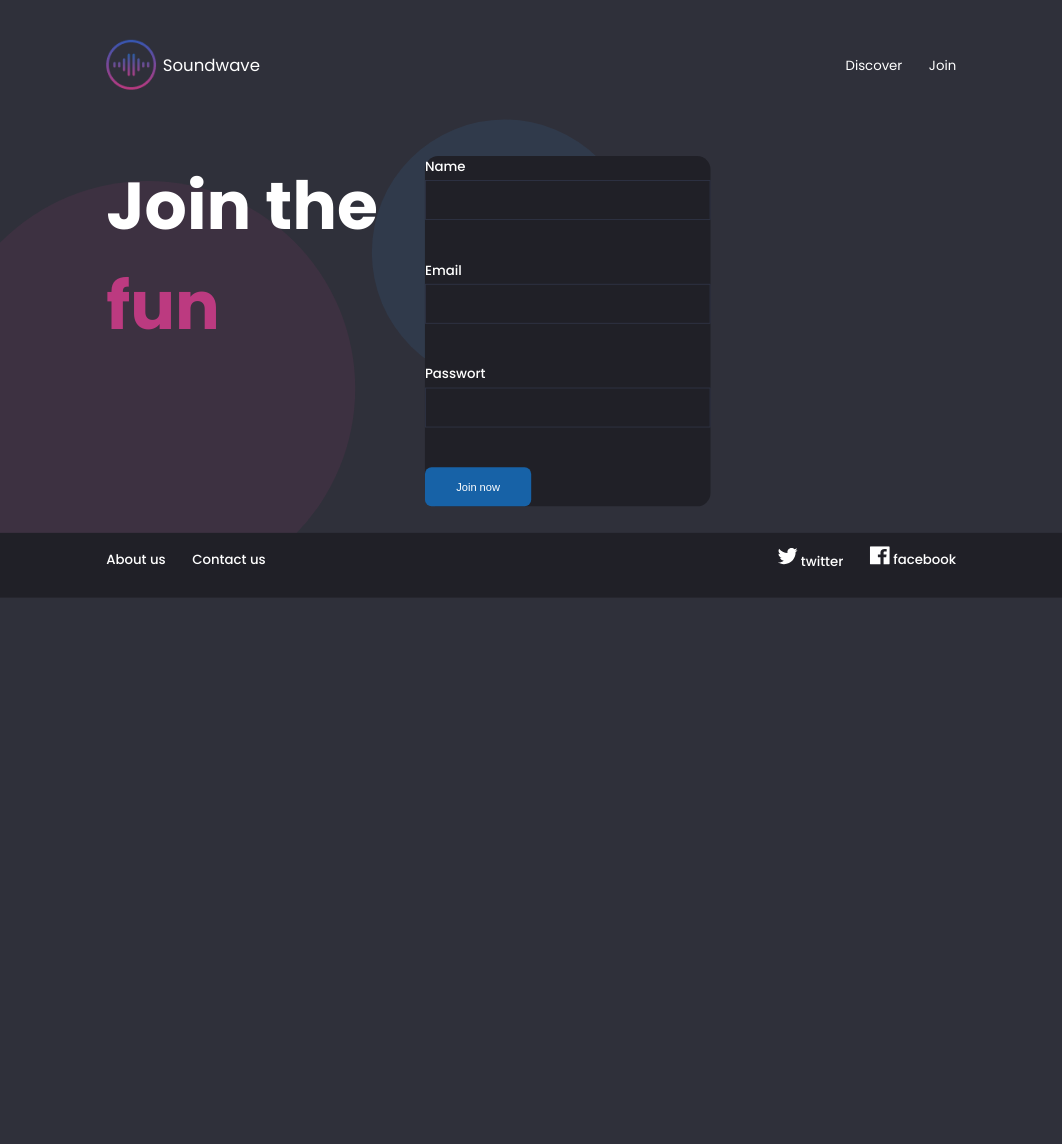
Repository: Hiiiij/soundwave
Page: pages/join.html
An editor plug-in stored every save of this project. The page is shown before and after a run of saves, followed by the edit.
The browser window is 1280 px wide. The pictures show the whole page, at 83% of full size.

Above is the page before, as saved 2020-07-04 17:30:07.

### pages/join.html
<!DOCTYPE html>
<html lang="en">
  <head>
    <meta charset="UTF-8" />
    <meta name="viewport" content="width=device-width, initial-scale=1.0" />
    <link rel="stylesheet" href="../style.css" />
    <title>Soundwave</title>
  </head>

  <body class="main-container page-content">
    <header class="header container">
      <a href="/" class="logo">
        <img src="../assets/icons/logo.png" alt="logo-soundwave" />
        <span class="logotype">Soundwave</span>
      </a>
      <nav class="header-nav">
        <ul>
          <li>
            <a href="/pages/discover.html">Discover</a>
          </li>
          <li>
            <a href="/pages/join.html">Join</a>
          </li>
        </ul>
      </nav>
    </header>
    <section class="join container">
      <div class="left-section">
          <h1 class="title">Join the <span class="fun">fun</span> </h1>
      </div>
      <div class="right-section">
        <form class="form">

             <label for="name">Name</label>
             <input type="text" name="name" id="name"/>


             <label for="email">Email</label>
             <input type="email" name="email" id="email" />


             <label for="password">Passwort</label>
             <input type="password" name="passwort" id="passwort" />

           <div class="btn-container">
          <button class="button-primary" type="submit">Join now</button>
          </div>
          </form>
        </form>
        </div>
    </section>
     <span class="pink joy-1"></span>
      <span class="blue joy-2"></span>



    <footer class="footer-nav">
      <div class="main-container container">
        <nav class="footer">
          <ul class="footer-navigation">
            <li><a href="about.html">About us</a></li>
            <li><a href="contact.html">Contact us</a></li>
          </ul>
          <ul class="social-links">
            <li>
              <a href="#" class="link">
                <svg
                  width="24"
                  height="24"
                  viewBox="0 0 24 24"
                  fill="none"
                  xmlns="http://www.w3.org/2000/svg"
                >
                  <g clip-path="url(#clip0)">
                    <path
                      d="M24 4.55705C23.117 4.94905 22.168 5.21305 21.172 5.33205C22.189 4.72305 22.97 3.75805 23.337 2.60805C22.386 3.17205 21.332 3.58205 20.21 3.80305C19.313 2.84605 18.032 2.24805 16.616 2.24805C13.437 2.24805 11.101 5.21405 11.819 8.29305C7.728 8.08805 4.1 6.12805 1.671 3.14905C0.381 5.36205 1.002 8.25705 3.194 9.72305C2.388 9.69705 1.628 9.47605 0.965 9.10705C0.911 11.388 2.546 13.522 4.914 13.997C4.221 14.185 3.462 14.229 2.69 14.081C3.316 16.037 5.134 17.46 7.29 17.5C5.22 19.123 2.612 19.848 0 19.54C2.179 20.937 4.768 21.752 7.548 21.752C16.69 21.752 21.855 14.031 21.543 7.10605C22.505 6.41105 23.34 5.54405 24 4.55705Z"
                      class="social-links"
                    />
                  </g>
                  <defs>
                    <clipPath id="clip0">
                      <rect width="24" height="24" class="social-icons" />
                    </clipPath>
                  </defs>
                </svg>
                twitter
              </a>
            </li>
            <li>
              <a href="#" class="link">
                <svg
                  width="24"
                  height="22"
                  viewBox="0 0 24 22"
                  fill="none"
                  xmlns="http://www.w3.org/2000/svg">

                  <g clip-path="url(#clip0)">
                    <path
                      class="social-links"
                      d="M22.675 0H1.325C0.593 0 0 0.543583 0 1.21458V20.7863C0 21.4564 0.593 22 1.325 22H12.82V13.4805H9.692V10.1603H12.82V7.71192C12.82 4.87025 14.713 3.32292 17.479 3.32292C18.804 3.32292 19.942 3.41367 20.274 3.454V6.424L18.356 6.42492C16.852 6.42492 16.561 7.08033 16.561 8.041V10.1613H20.148L19.681 13.4814H16.561V22H22.677C23.407 22 24 21.4564 24 20.7854V1.21458C24 0.543583 23.407 0 22.675 0V0Z"
                    />
                  </g>
                  <defs>
                    <clipPath id="clip0">
                      <rect width="24" height="22" class="social-links" />
                    </clipPath>
                  </defs>
                </svg>
                facebook
              </a>
            </li>
          </ul>
        </nav>
      </div>
    </footer>
  </body>
</html>

### style.css
@import url("https://fonts.googleapis.com/css?family=Poppins:400,500,700");

*,
*::before,
*::after {
  box-sizing: border-box;
}

:root {
  /* colors  */
  --main-bg-color: #2f303a;
  --pink-circle: rgb(188, 58, 128);
  --blue-circle: #2f3446;
  --footer-bg: #202027;
  --primary-link-hover: #a07fe8;
  --button-primary: #1762a7;
  --button-hover: #3a90e1;
  --accent-text: #bc3a80;
  --primary-text: #ffffff;
  --link-hover: #ffb515;

  /* typography */
  --h4-font-size: 1rem;
  --h1-font-size: 3rem;
  --h2-font-size: 1.5rem;
   --extrabig-font-size:5rem;
  --logo-font-size: 1.25rem;
  --btn-text: 0.75rem;
  --font-bold: 500;
  --font-extra-bold:700;

  /* breakpoitns */
  --xs-breakpoint: 0px;
  --sm-breakpoint: 600px;
  --md-breakpoint: 960px;
  --lg-breakpoint: 1280px;
  --xl-breakpoint: 1920px;
}

/* General styles */
body {
  padding: 0;
  margin: 0;
  font-family: "Poppins", sans-serif;
  background-color: var(--main-bg-color);
  color: var(--primary-text);
  font-size: var(--h4-font-size);
  min-height: 100vh;
  overflow: hidden;
}

.page-content {
  display: flex;
  flex-direction: column;
  justify-content: space-between;
}
.main-container {
  height: 100vh;
  /* width:100vw; */
}

.container {
  width: 80vw;
  margin: 0 auto;
}

.header,
.footer {
  display: flex;
  justify-content: space-between;
  align-items: center;

}
.header {
  padding: 3rem 0;
}

.logo {
  display: flex;
  align-items: center;
  color: inherit;
  font-size: var(--h3-font-size);
  text-decoration: none;
}

.logotype {
  margin-left: 0.5rem;
  font-size: var(--logo-font-size);
}

.header-nav ul,
.footer-nav ul {
  display: flex;
  list-style: none;
  margin: 0;
  padding: 0;

}
.footer-navigation  li{
  text-align: center;
}

.header-nav > ul > li:not(:last-child) {
  margin-right: 2rem;
}

.header-nav a,
.footer-nav a {
  text-decoration: none;
  color: inherit;

}

.header-nav a:hover {
  color: var(--link-hover);
}


.title {
  font-weight: var(--font-bold);
  font-size: var(--h1-font-size);
  margin-bottom: 0;
  margin-top: 0;
}

.subt {
  font-weight: var(--font-bold);
  font-size: var(--h2-font-size);
  margin-top: 0.75rem;
  margin-bottom: 3rem;
}

.button-primary {
  border: 0;
  padding-top: 1rem;
  padding-bottom: 1rem;
  width: 8rem;
  display: inline-block;
  border-radius: 0.5rem;
  background-color: var(--button-primary);
  text-align: center;
  color: var(--primary-text);
  text-decoration: none;
}

.home {
  flex: 1;
}

.home,
.discover {
  display: flex;
}

.home .img-wrapper {
  display: flex;
  flex-grow: 1;
  flex-direction: column;
  align-items: stretch;
  justify-content: flex-end;
}

.img {
  background-image: url(./assets/images/landing-page-girl.png);
  background-repeat: no-repeat;
  flex-grow: 1;
  /* max-height:80vh;  */
  min-width: 40vw;
  min-height: 60vh;
  max-width: 515px;
  z-index: 2;
  background-size: 80%;
  background-position: 0 bottom;

  background-position: 0 bottom;
  align-items: center;
  justify-content: flex-end;
}

.home .heading {
  display: flex;
  flex-direction: column;
  align-items: flex-start;
  align-self: center;
}

@media (max-width: 900px) {
  .home .img-wrapper .img {
    display: none;
  }
  .home {
    justify-content: center;
    align-items: center;
  }

  .home .heading {
    align-items: center;
  }
  .discover{
    display: flex;
    flex-direction: column;
    align-items: center;
    justify-content: center;
  }
  .left-section
  .image-section .cover{
    display:flex;
    flex-direction: column;
    justify-content: center;
    max-width: 80%;
    margin-top:1.5rem;
  }

}

.blue,
.pink,
.half-blue {
  border-radius: 50%;
  opacity: 0.1;
  display: block;
  position: absolute;
  z-index: -1;
  height: 25vw;
  width: 25vw;
}

.blue {
  background-color: var(--button-hover);
  top: 20%;
  left: 35%;
}

.pink {
  background-color: var(--accent-text);
  top: 65%;
  left: 10%;
}

.half-blue {
  height: 40vw;
  width: 40vw;
  right: 0;
  bottom: 0;
  overflow: hidden;
  border-radius: 0;
}

.home .half-blue::before {
  content: "";
  position: absolute;
  bottom: 0;
  right: 0;
  width: 100%;
  height: 100%;
  border-radius: 50%;
  transform: translate(40%, 40%);
  background-color: var(--button-hover);
}

/* span.pink .joy-1{
width: 70vw;
height: 70vw;
transform: scale(3);
transform:translateX(-15%);
}
.blue .joy-2{
width: 70vw;
height: 70vw;
transform: scale(3);
transform:translateX(-15%);
} */
span.pink.joy-1 {
    /* transform: scale(1.5); */
    width: 500px;
    height: 500px;
    transform: translate(-200px, -50%);
}


.footer-nav {
  padding: 1rem 0;
  background-color: var(--footer-bg);
  font-weight: var(--font-bold);
  max-height: 78px;
}

.footer > ul > li:not(:last-child) {
  margin-right: 2rem;
}

.footer .social-links {
  fill: var(--primary-text);
  /* align-items: center; */
}
.footer-navigation a:hover, .footer-navigation a:focus, .footer-navigation a:active  {
  color: var(--link-hover);
}

.social-links a:hover, .social-links a:focus, .social-links a:active {
  color: var(--button-hover);
}
.footer a:hover .social-links {
  fill: var(--button-hover);
}

/* section Discover*/

.discover {
  max-width: 80vw;
  margin: 0 auto;
}

.image-section {
  margin-left: 4rem;
  min-width: 200px;

}

.cover {
  width: 100%;
}

.icon {
  max-width: 2rem;

}

.icon-description {
  margin-top: 1rem;
  margin-bottom: 0;
  min-width: 75px;
  text-align: center;
}

.icons-grid {
  display: flex;
  flex-direction: row;
  margin-top: 3rem;
  margin-bottom: 3rem;

}

.icon-grid-item {
  background-color: var(--footer-bg);
  display: flex;
  flex-direction: column;
  justify-content: center;
  align-items: center;
  padding: 1rem;
  border-radius: 0.5rem;
}

.icon-grid-item:not(:last-child) {
  margin-right: 2rem;
}
.subt {
  margin-top: 3rem;
}


/*section join*/
.join {
  display:flex;
  justify-content: space-between;
  /* align-items: center; */
}
.join left-section{
  flex-grow: 1;
}

.join .title{
 font-weight: var(--font-extra-bold);
 font-size:var(--extrabig-font-size);

}
.left-section .fun{
  color: var(--accent-text);
  font-weight: var(--font-extra-bold);
}

.right-section{
 flex-direction: column;
  flex-grow: 1;
   align-items: center;

}

.form{
  display: flex;
  flex-direction: column;
  /* justify-content: flex-end; */

  background-color: var(--footer-bg);

  width:50vw;
  max-width: 50%;
  min-width: 40%;
  margin-left: 3rem;
  border-radius: 1rem;

}

label{
  margin-bottom: .25rem;
  font-weight: var(--font-bold);
}
input{
margin-bottom: 3rem;
height: 3rem;
background: none;
outline: none;
border:1px solid var(--blue-circle);
font-size: var(--primary-text);
padding:.5rem ;
color:inherit;
}

input:focus{
  border-color: var(--accent-text)
}

After the next 2 saves:
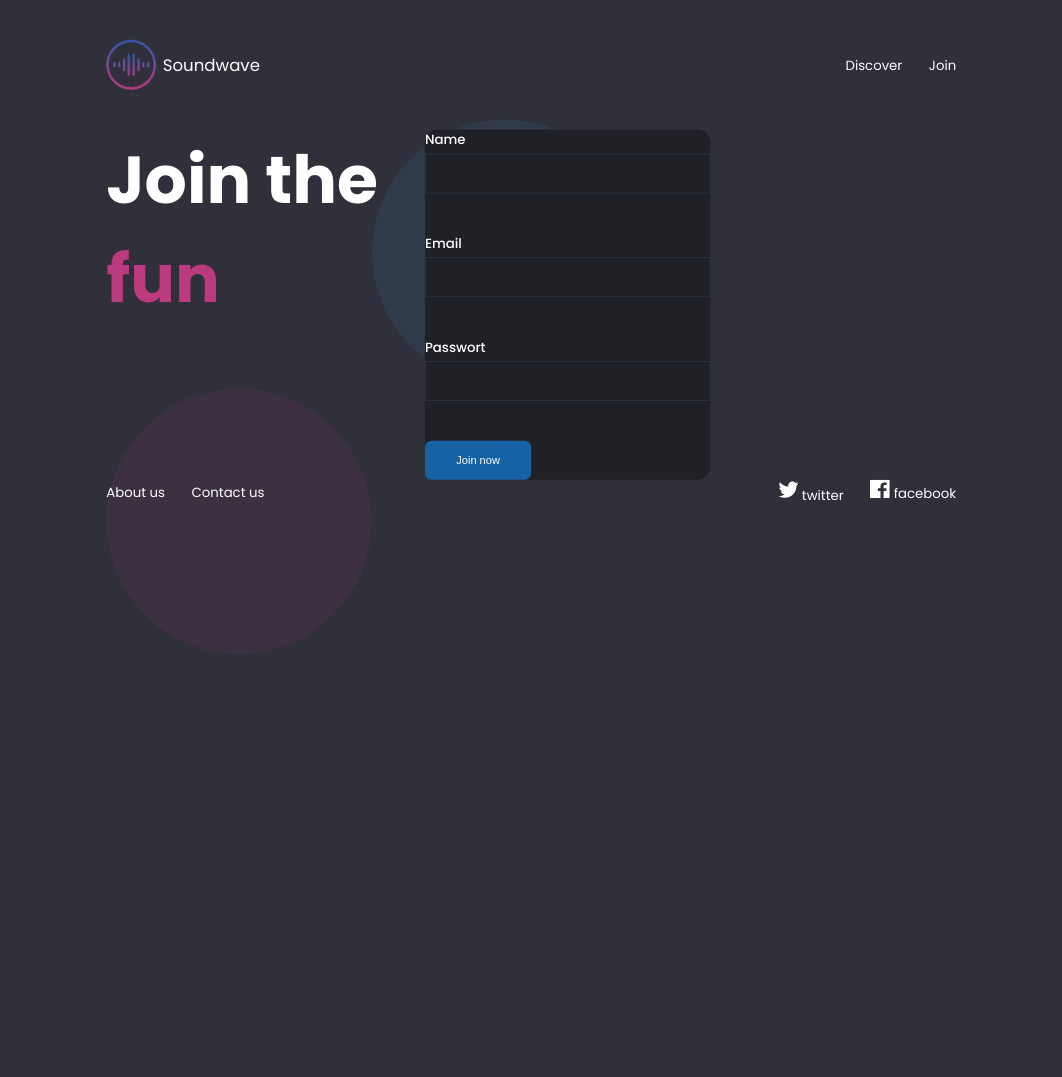
The 2 saves are shown as one change because they came seconds apart.
The last was saved 10 s later.
--- a/style.css
+++ b/style.css
@@ -258,7 +258,7 @@
   background-color: var(--button-hover);
 }
 
-/* span.pink .joy-1{
+span.pink .joy-1{
 width: 70vw;
 height: 70vw;
 transform: scale(3);
@@ -269,13 +269,13 @@
 height: 70vw;
 transform: scale(3);
 transform:translateX(-15%);
-} */
-span.pink.joy-1 {
+}
+/* span.pink.joy-1 {
     /* transform: scale(1.5); */
     width: 500px;
     height: 500px;
     transform: translate(-200px, -50%);
-}
+} */
 
 
 .footer-nav {

After the 4 saves that followed:
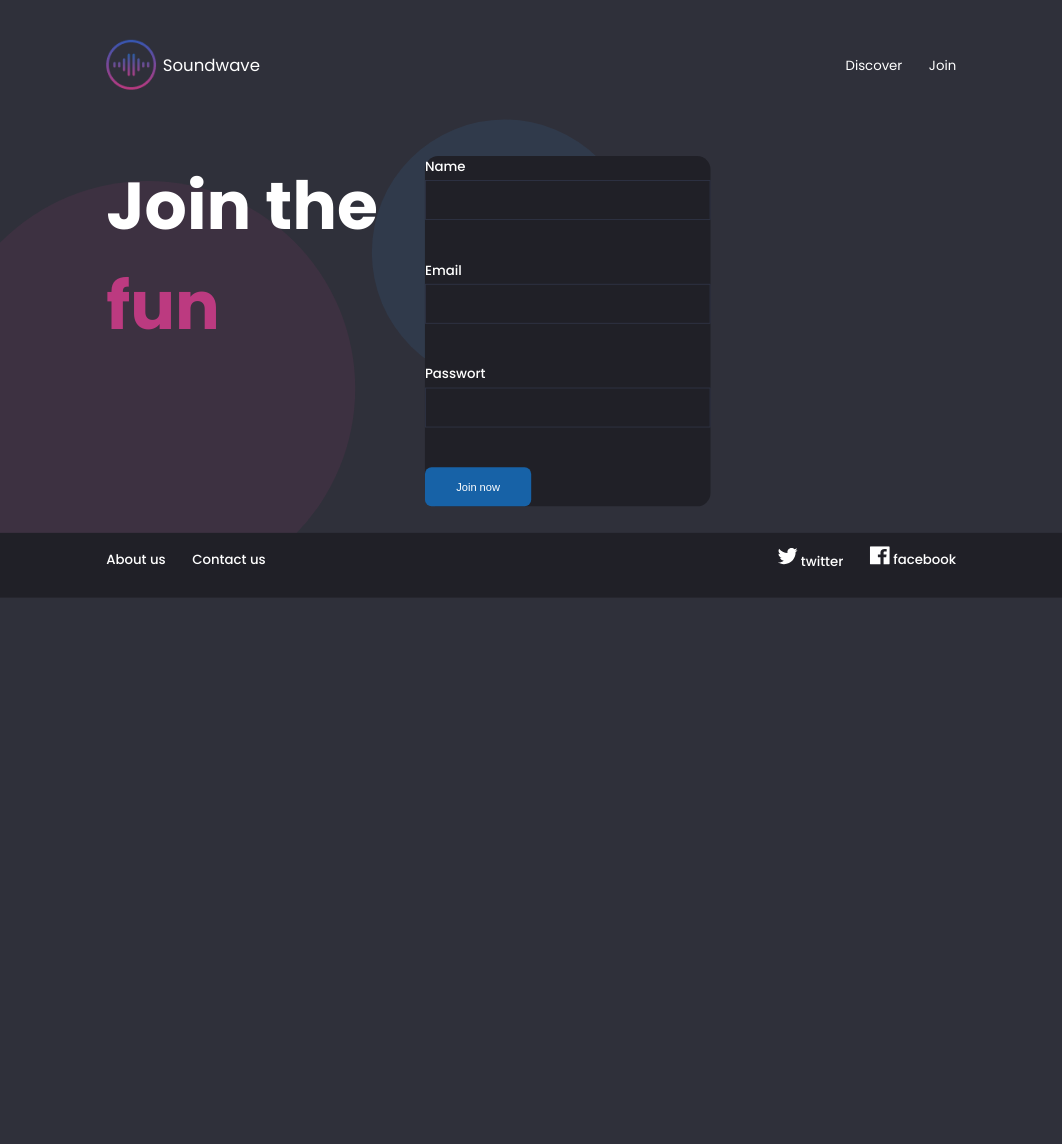
The 4 saves are shown as one change because 2 left the picture as it was and some came seconds apart.
The last was saved 90 s later.
--- a/style.css
+++ b/style.css
@@ -258,7 +258,7 @@
   background-color: var(--button-hover);
 }
 
-span.pink .joy-1{
+/* span.pink .joy-1{
 width: 70vw;
 height: 70vw;
 transform: scale(3);
@@ -269,13 +269,13 @@
 height: 70vw;
 transform: scale(3);
 transform:translateX(-15%);
-}
-/* span.pink.joy-1 {
+} */
+ span.pink.joy-1 {
     /* transform: scale(1.5); */
     width: 500px;
     height: 500px;
     transform: translate(-200px, -50%);
-} */
+*}
 
 
 .footer-nav {
